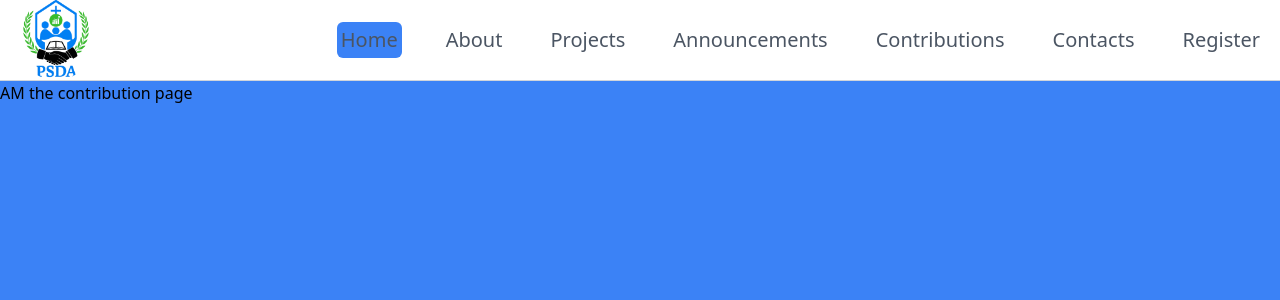
Repository: Zedestar/psda
Page: /contributions
The author's editor kept a copy of each file at every save. The page is drawn from the files as they stood at one save, then again after a run of saves.
The browser window is 1280 px wide. The pictures show the whole page.
The project was rebuilt for these pictures with package versions that can differ from the ones it lists, and the page was loaded fresh each time. Also part of the build but not shown: src/components/cards/primary-card.jsx, src/components/cards/two-lines-card.jsx, src/components/button/full-rounded-button.jsx, src/components/homepic/index.jsx, src/pages/home/what-we-do.js, src/pages/home/home.jsx, src/components/cards/face-card.jsx, src/components/cards/leaders-card.jsx and 20 more.

Above is the page before, as saved 2025-07-21 20:11:44.

After the next 2 saves:
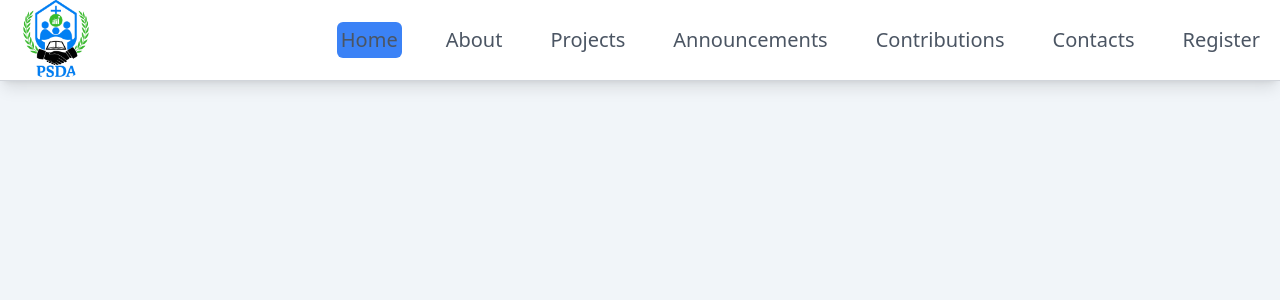
The 2 saves are shown as one change because 1 did not build or start.
The last was saved 4 min 1 s later.
--- a/src/pages/contirbutions/contributions.jsx
+++ b/src/pages/contirbutions/contributions.jsx
@@ -1,9 +1,7 @@
+import Container from "../../components/container/index";
+
 function Contributions() {
-  return (
-    <div className="w-full h-full bg-blue-500">
-      <p>AM the contribution page</p>
-    </div>
-  );
+  return <Container></Container>;
 }
 
 export default Contributions;
